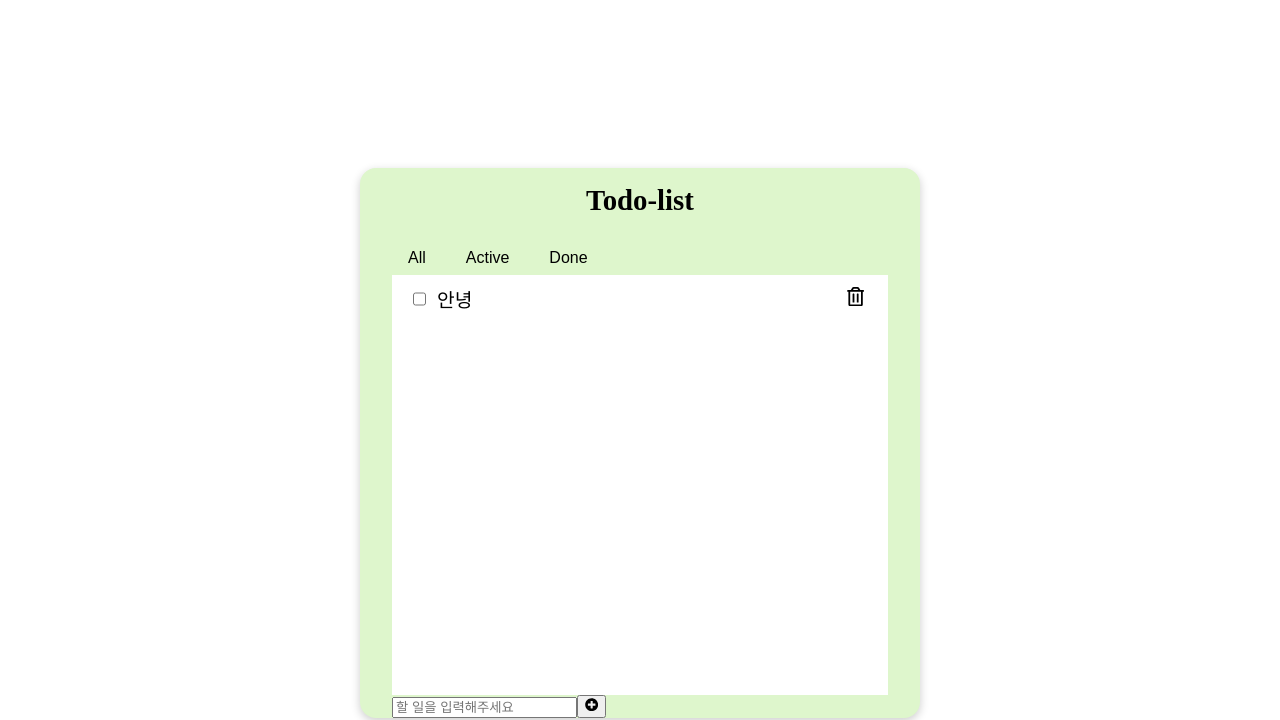
Repository: Yugayoung/todoList
Page: /
These files come from the project's save history. The page is drawn as it stood at one moment and after the next save; the edit follows.
The browser window is 1280 px wide. The pictures show the whole page.
Some web fonts or font styles are not loaded; a fallback is used. The project was rebuilt for these pictures with package versions that can differ from the ones it lists, and the page was loaded fresh each time. Also part of the build but not shown: src/App.css.

Above is the page before, as saved 2024-03-21 17:23:59.

### src/index.css
@font-face {
  font-family: 'IM_Hyemin-Bold';
  src: url('./fonts/IM_Hyemin-Regular.otf') format('opentype');
  font-weight: normal;
  font-style: normal;
}

body {
  margin: 0;
  font-family: 'IM_Hyemin-Bold';
  -webkit-font-smoothing: antialiased;
  -moz-osx-font-smoothing: grayscale;
  width: 100vw;
  height: 100vh;
  display: flex;
  justify-content: center;
  align-items: center;
  font-size: 1.2rem;
}

code {
  font-family: source-code-pro, Menlo, Monaco, Consolas, 'Courier New',
    monospace;
}
#root {
  width: 100%;
  height: 60%;
  max-width: 35rem;
}

### src/App.js
import './App.css';
import Todo from './pages/Todo';

function App() {
  return (
    <>
      <Todo />
    </>
  );
}

export default App;

### src/pages/todo.jsx
import React from 'react';
import styled from 'styled-components';
import { FaPlusCircle } from 'react-icons/fa';
import { FaRegTrashAlt } from 'react-icons/fa';

const Title = styled.h2`
  text-align: center;
  font-weight: bold;
  padding: 1rem 0rem 0rem 0rem;
`;

const TodoList = styled.section`
  background-color: #def6cc;
  border-radius: 1rem;
  box-shadow: 0 3px 10px rgb(0, 0, 0, 0.2);
  padding: 0rem 2rem;
`;

const TapBtn = styled.button`
  background-color: transparent;
  border: none;
  margin-right: 0.5rem;
  padding: 0.5rem 1rem;
  font-size: 1rem;
  &:hover {
    color: #fd6cfd;
  }
  &:active {
    background-color: white;
    border-radius: 1rem 1rem 0rem 0rem;
    font-weight: bold;
  }
`;

const AddTodoLi = styled.li`
  list-style: none;
  padding: 0rem 1rem;
  display: flex;
  justify-content: space-between;
  margin-bottom: 0.5rem;
`;
const Btn = styled.button`
  background-color: transparent;
  border: none;
  font-size: 1.2rem;
  padding-top: 2px;
  &:hover {
    color: red;
  }
`;
const Label = styled.label`
  flex: 1 1;
  margin: 0rem 0.5rem;
`;
const AddTodoUl = styled.ul`
  background-color: white;
  margin: 0rem;
  height: 400px;
  padding: 10px 1px;
  flex: 1 1 auto;
  overflow-y: auto;
`;

export default function Todo() {
  return (
    <>
      <TodoList>
        {/* 할일 state */}
        <Title>Todo-list</Title>
        <div>
          <TapBtn>All</TapBtn>
          <TapBtn>Active</TapBtn>
          <TapBtn>Done</TapBtn>
        </div>

        {/* addTodoList */}
        <AddTodoUl>
          <AddTodoLi>
            <input type='checkbox' />
            <Label htmlFor=''>안녕</Label>
            <Btn>
              <FaRegTrashAlt />
            </Btn>
          </AddTodoLi>
        </AddTodoUl>

        {/* 할일 입력 */}
        <div>
          <input type='text' placeholder='할 일을 입력해주세요' />
          <button>
            <FaPlusCircle />
          </button>
        </div>
      </TodoList>
    </>
  );
}

Loaded but not shown: public/index.html (common file); src/index.js (common file); src/reportWebVitals.js (common file)

After the next save:
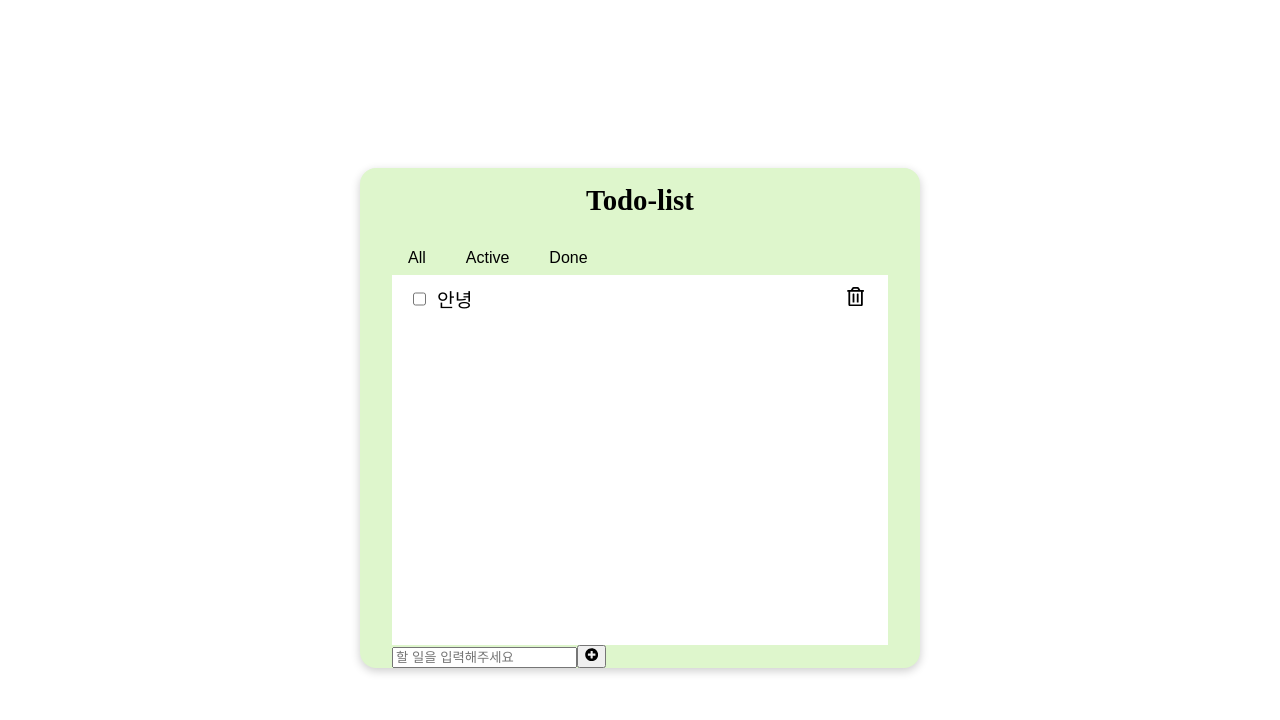
Saved 31 s later.
--- a/src/pages/todo.jsx
+++ b/src/pages/todo.jsx
@@ -55,7 +55,7 @@ const Label = styled.label`
 const AddTodoUl = styled.ul`
   background-color: white;
   margin: 0rem;
-  height: 400px;
+  height: 350px;
   padding: 10px 1px;
   flex: 1 1 auto;
   overflow-y: auto;
